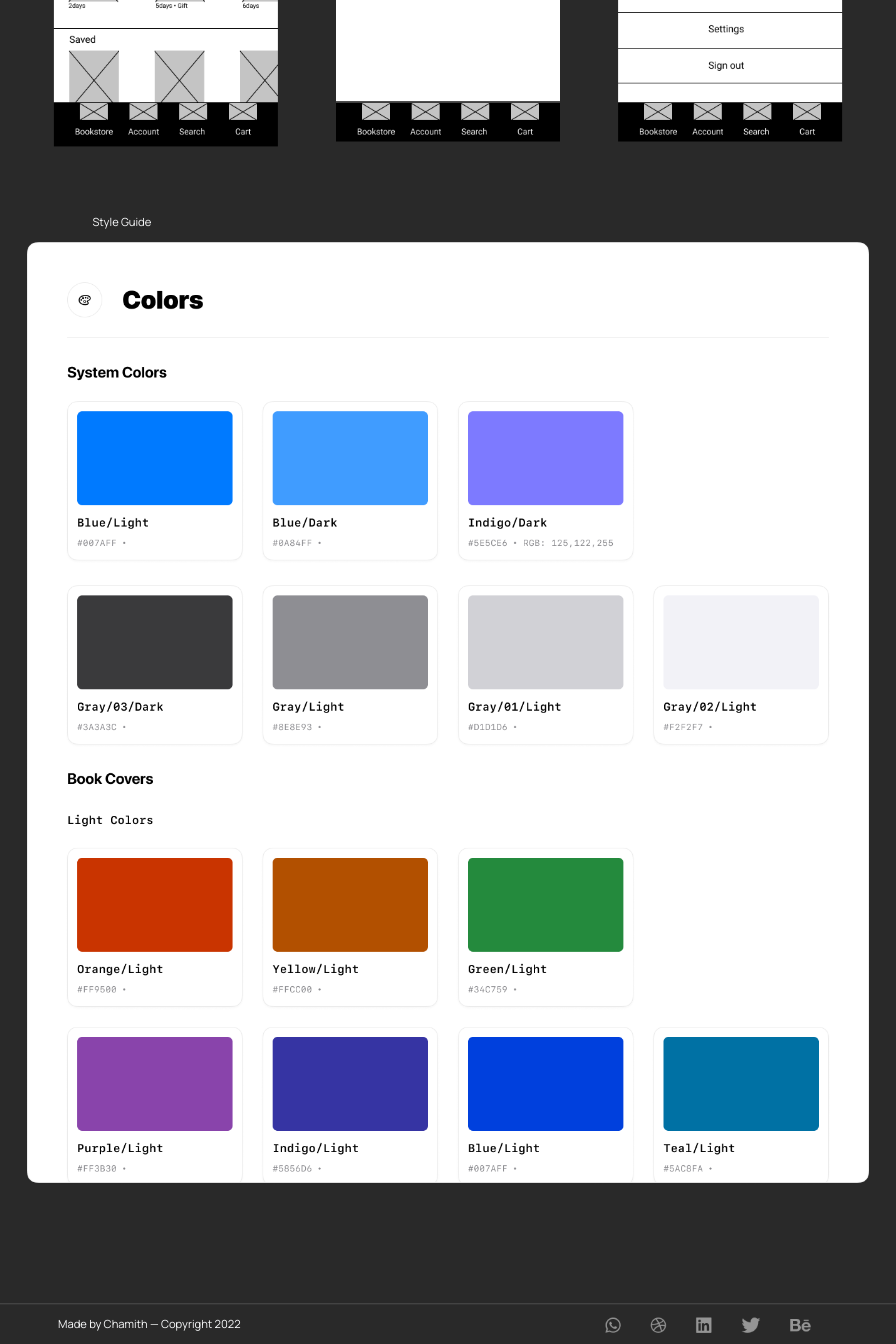
Repository: Realchamithweb/chamith-html
Page: work.html
An editor plug-in stored every save of this project. The page is shown before and after the next save, followed by the edit.
The browser window is 1280 px wide. The pictures show the part of the page from y = 2103 to 4023 px (the page is 4023 px tall before and 3999 px after), at 70% of full size.

Above is the page before, as saved 2023-01-24 07:54:13.

After the next save:
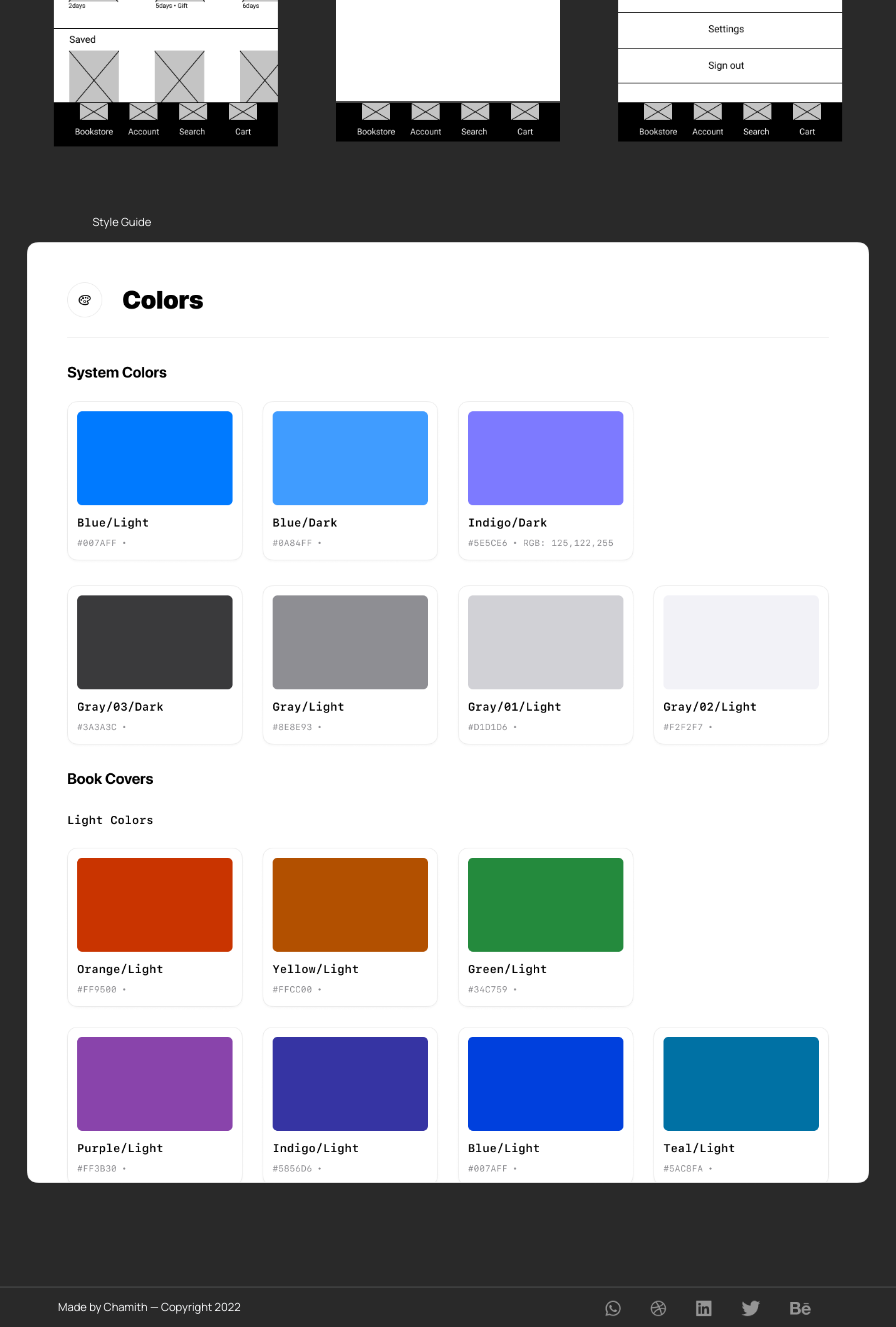
Saved 5 s later.
--- a/work.html
+++ b/work.html
@@ -117,7 +117,7 @@
                 <div class="row">
                     <div class="col-lg-12 text-light p-5">
                         <div class="col-lg-6">
-                            <img src="" >
+                            <img src="" class="img-fluid mx-auto d-block text-center">
                         </div>
                     </div>
                 </div>
